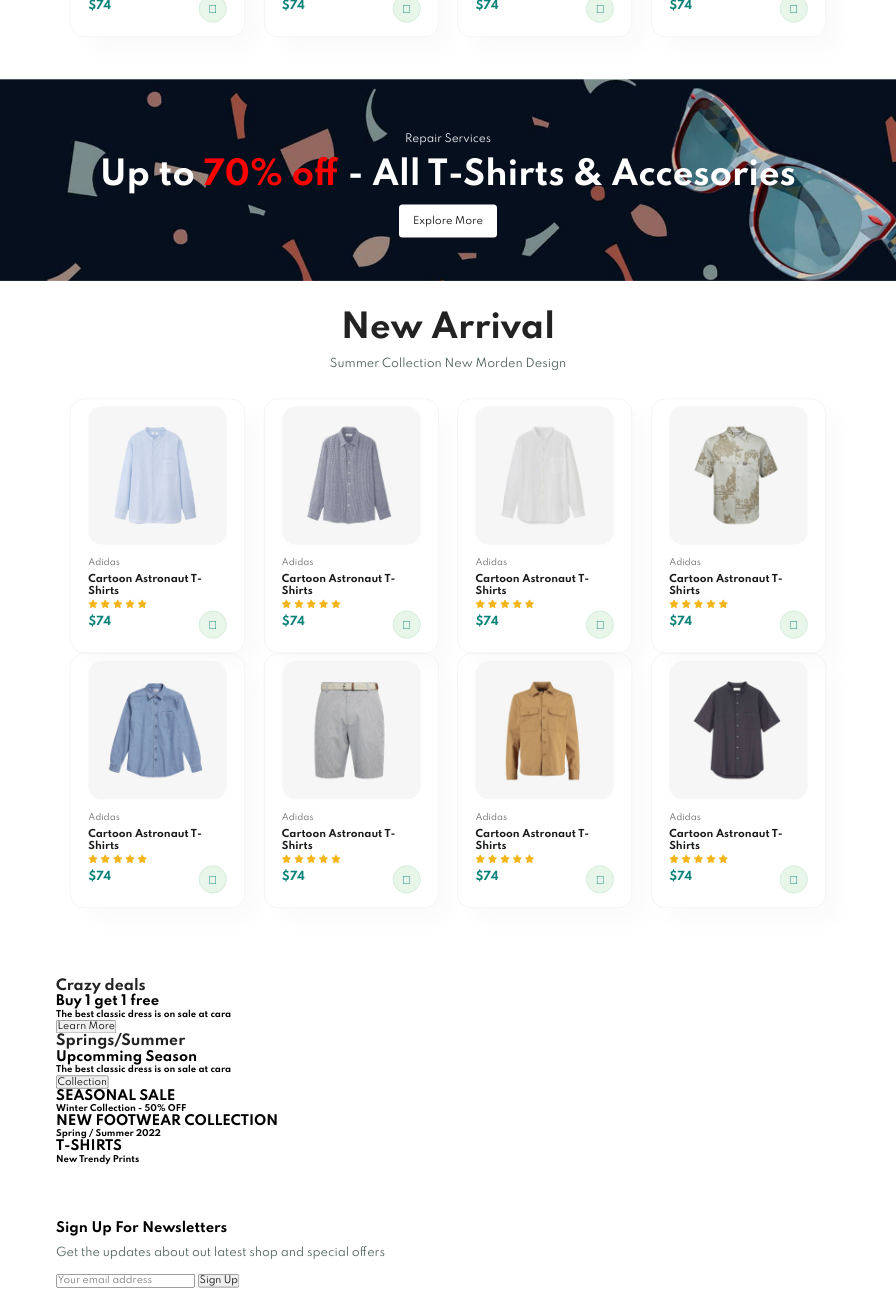
Repository: Daryllgio/E-Commerce-Website-UI
Page: index.html
An editor plug-in stored every save of this project. The page is shown before and after the next save, followed by the edit.
The browser window is 1280 px wide. The pictures show the part of the page from y = 1875 to 3795 px (the page is 3755 px tall before and 3795 px after), at 70% of full size.
Some web libraries are served in a nearby version.

Above is the page before, as saved 2024-12-31 22:58:45.

### index.html
<!DOCTYPE html>
<html lang="en">

<head>
    <meta charset="UTF-8">
    <meta http-equiv="X-UA-Compatible" content="IE=edge">
    <meta name="viewport" content="width=device-width, initial-scale=1.0">
    <title>Tech2etc Ecommerce Tutorial</title>
    <link rel="stylesheet" href="https://pro.fontawesome.com/releases/v5.10.0/css/all.css" />

    <link rel="stylesheet" href="style.css">
</head>

<body>
    <section id="header">
        <a href="#"><img src="img/logo.png" id="logo" class="logo" alt=""></a>

        <div>
            <ul id="navbar">
                <li>
                    <a class="active" href="index.html">Home</a>
                </li>
                <li>
                    <a href="shop.html">Shop</a>
                </li>
                <li>
                    <a href="about.html">About</a>
                </li>
                <li>
                    <a href="contact.html">Contact</a>
                </li>
                <li>
                    <a href="cart.html"><i class="fa fa-shopping-cart" aria-hidden="true"></i></a>
                </li>

            </ul>
        </div>
    </section>

    <section id="HomeHeaderContent">
        <h4>
            Trade-in-offer
        </h4>
        <h2>
            Super value deals
        </h2>
        <h1>
            On all products
        </h1>
        <p>
            Save more with Coupons & up to 70% off !
        </p>
        <button>
            Shop now
        </button>

    </section>

    <section id="Features" class="section-p1">
        <div class="fe-box">
            <img src="img/features/f1.png" alt="">
            <h6>Free Shipping</h6>
        </div>
        <div class="fe-box">
            <img src="img/features/f2.png" alt="">
            <h6>Online Offer</h6>
        </div>
        <div class="fe-box">
            <img src="img/features/f3.png" alt="">
            <h6>Save Money</h6>
        </div>
        <div class="fe-box">
            <img src="img/features/f4.png" alt="">
            <h6>Promotions</h6>
        </div>
        <div class="fe-box">
            <img src="img/features/f5.png" alt="">
            <h6>Happy Sell</h6>
        </div>
        <div class="fe-box">
            <img src="img/features/f6.png" alt="">
            <h6>F24/7 Support</h6>
        </div>
    </section>

    <section id="product1" class="section-p1">
        <h2>
            Feautured Products
        </h2>
        <p>
            Summer Collection New Morden Design
        </p>
        <div class="pro-container">
            <div class="pro">
                <img src="img/products/f1.jpg" alt="">
                <div class="des">
                    <span>Adidas</span>
                    <h5>Cartoon Astronaut T-Shirts</h5>
                    <div class="star">
                        <i class="fas fa-star"></i>
                        <i class="fas fa-star"></i>
                        <i class="fas fa-star"></i>
                        <i class="fas fa-star"></i>
                        <i class="fas fa-star"></i>
                    </div>
                    <div class="Shop">
                        <h4>$74</h4>
                        <a href="#"><i class="fal fa-shopping-cart "></i></a>
                    </div>

                </div>
            </div>

            <div class="pro">
                <img src="img/products/f2.jpg" alt="">
                <div class="des">
                    <span>Adidas</span>
                    <h5>Cartoon Astronaut T-Shirts</h5>
                    <div class="star">
                        <i class="fas fa-star"></i>
                        <i class="fas fa-star"></i>
                        <i class="fas fa-star"></i>
                        <i class="fas fa-star"></i>
                        <i class="fas fa-star"></i>
                    </div>
                    <div class="Shop">
                        <h4>$74</h4>
                        <a href="#"><i class="fal fa-shopping-cart "></i></a>
                    </div>

                </div>
            </div>

            <div class="pro">
                <img src="img/products/f3.jpg" alt="">
                <div class="des">
                    <span>Adidas</span>
                    <h5>Cartoon Astronaut T-Shirts</h5>
                    <div class="star">
                        <i class="fas fa-star"></i>
                        <i class="fas fa-star"></i>
                        <i class="fas fa-star"></i>
                        <i class="fas fa-star"></i>
                        <i class="fas fa-star"></i>
                    </div>
                    <div class="Shop">
                        <h4>$74</h4>
                        <a href="#"><i class="fal fa-shopping-cart "></i></a>
                    </div>

                </div>
            </div>

            <div class="pro">
                <img src="img/products/f4.jpg" alt="">
                <div class="des">
                    <span>Adidas</span>
                    <h5>Cartoon Astronaut T-Shirts</h5>
                    <div class="star">
                        <i class="fas fa-star"></i>
                        <i class="fas fa-star"></i>
                        <i class="fas fa-star"></i>
                        <i class="fas fa-star"></i>
                        <i class="fas fa-star"></i>
                    </div>
                    <div class="Shop">
                        <h4>$74</h4>
                        <a href="#"><i class="fal fa-shopping-cart "></i></a>
                    </div>

                </div>
            </div>

            <div class="pro">
                <img src="img/products/f5.jpg" alt="">
                <div class="des">
                    <span>Adidas</span>
                    <h5>Cartoon Astronaut T-Shirts</h5>
                    <div class="star">
                        <i class="fas fa-star"></i>
                        <i class="fas fa-star"></i>
                        <i class="fas fa-star"></i>
                        <i class="fas fa-star"></i>
                        <i class="fas fa-star"></i>
                    </div>
                    <div class="Shop">
                        <h4>$74</h4>
                        <a href="#"><i class="fal fa-shopping-cart "></i></a>
                    </div>

                </div>
            </div>

            <div class="pro">
                <img src="img/products/f6.jpg" alt="">
                <div class="des">
                    <span>Adidas</span>
                    <h5>Cartoon Astronaut T-Shirts</h5>
                    <div class="star">
                        <i class="fas fa-star"></i>
                        <i class="fas fa-star"></i>
                        <i class="fas fa-star"></i>
                        <i class="fas fa-star"></i>
                        <i class="fas fa-star"></i>
                    </div>
                    <div class="Shop">
                        <h4>$74</h4>
                        <a href="#"><i class="fal fa-shopping-cart "></i></a>
                    </div>

                </div>
            </div>

            <div class="pro">
                <img src="img/products/f7.jpg" alt="">
                <div class="des">
                    <span>Adidas</span>
                    <h5>Cartoon Astronaut T-Shirts</h5>
                    <div class="star">
                        <i class="fas fa-star"></i>
                        <i class="fas fa-star"></i>
                        <i class="fas fa-star"></i>
                        <i class="fas fa-star"></i>
                        <i class="fas fa-star"></i>
                    </div>
                    <div class="Shop">
                        <h4>$74</h4>
                        <a href="#"><i class="fal fa-shopping-cart "></i></a>
                    </div>

                </div>
            </div>

            <div class="pro">
                <img src="img/products/f8.jpg" alt="">
                <div class="des">
                    <span>Adidas</span>
                    <h5>Cartoon Astronaut T-Shirts</h5>
                    <div class="star">
                        <i class="fas fa-star"></i>
                        <i class="fas fa-star"></i>
                        <i class="fas fa-star"></i>
                        <i class="fas fa-star"></i>
                        <i class="fas fa-star"></i>
                    </div>
                    <div class="Shop">
                        <h4>$74</h4>
                        <a href="#"><i class="fal fa-shopping-cart "></i></a>
                    </div>

                </div>
            </div>


        </div>
    </section>

    <section id="banner" class="section-p1">
        <p>Repair Services</p>
        <h2>Up to <span>70% off</span> - All T-Shirts & Accesories</h2>
        <button class="normal">Explore More</button>
    </section>

    <section id="product1" class="section-p1">
        <h2>
            New Arrival
        </h2>
        <p>
            Summer Collection New Morden Design
        </p>
        <div class="pro-container">
            <div class="pro">
                <img src="img/products/n1.jpg" alt="">
                <div class="des">
                    <span>Adidas</span>
                    <h5>Cartoon Astronaut T-Shirts</h5>
                    <div class="star">
                        <i class="fas fa-star"></i>
                        <i class="fas fa-star"></i>
                        <i class="fas fa-star"></i>
                        <i class="fas fa-star"></i>
                        <i class="fas fa-star"></i>
                    </div>
                    <div class="Shop">
                        <h4>$74</h4>
                        <a href="#"><i class="fal fa-shopping-cart "></i></a>
                    </div>

                </div>
            </div>

            <div class="pro">
                <img src="img/products/n2.jpg" alt="">
                <div class="des">
                    <span>Adidas</span>
                    <h5>Cartoon Astronaut T-Shirts</h5>
                    <div class="star">
                        <i class="fas fa-star"></i>
                        <i class="fas fa-star"></i>
                        <i class="fas fa-star"></i>
                        <i class="fas fa-star"></i>
                        <i class="fas fa-star"></i>
                    </div>
                    <div class="Shop">
                        <h4>$74</h4>
                        <a href="#"><i class="fal fa-shopping-cart "></i></a>
                    </div>

                </div>
            </div>

            <div class="pro">
                <img src="img/products/n3.jpg" alt="">
                <div class="des">
                    <span>Adidas</span>
                    <h5>Cartoon Astronaut T-Shirts</h5>
                    <div class="star">
                        <i class="fas fa-star"></i>
                        <i class="fas fa-star"></i>
                        <i class="fas fa-star"></i>
                        <i class="fas fa-star"></i>
                        <i class="fas fa-star"></i>
                    </div>
                    <div class="Shop">
                        <h4>$74</h4>
                        <a href="#"><i class="fal fa-shopping-cart "></i></a>
                    </div>

                </div>
            </div>

            <div class="pro">
                <img src="img/products/n4.jpg" alt="">
                <div class="des">
                    <span>Adidas</span>
                    <h5>Cartoon Astronaut T-Shirts</h5>
                    <div class="star">
                        <i class="fas fa-star"></i>
                        <i class="fas fa-star"></i>
                        <i class="fas fa-star"></i>
                        <i class="fas fa-star"></i>
                        <i class="fas fa-star"></i>
                    </div>
                    <div class="Shop">
                        <h4>$74</h4>
                        <a href="#"><i class="fal fa-shopping-cart "></i></a>
                    </div>

                </div>
            </div>

            <div class="pro">
                <img src="img/products/n5.jpg" alt="">
                <div class="des">
                    <span>Adidas</span>
                    <h5>Cartoon Astronaut T-Shirts</h5>
                    <div class="star">
                        <i class="fas fa-star"></i>
                        <i class="fas fa-star"></i>
                        <i class="fas fa-star"></i>
                        <i class="fas fa-star"></i>
                        <i class="fas fa-star"></i>
                    </div>
                    <div class="Shop">
                        <h4>$74</h4>
                        <a href="#"><i class="fal fa-shopping-cart "></i></a>
                    </div>

                </div>
            </div>

            <div class="pro">
                <img src="img/products/n6.jpg" alt="">
                <div class="des">
                    <span>Adidas</span>
                    <h5>Cartoon Astronaut T-Shirts</h5>
                    <div class="star">
                        <i class="fas fa-star"></i>
                        <i class="fas fa-star"></i>
                        <i class="fas fa-star"></i>
                        <i class="fas fa-star"></i>
                        <i class="fas fa-star"></i>
                    </div>
                    <div class="Shop">
                        <h4>$74</h4>
                        <a href="#"><i class="fal fa-shopping-cart "></i></a>
                    </div>

                </div>
            </div>

            <div class="pro">
                <img src="img/products/n7.jpg" alt="">
                <div class="des">
                    <span>Adidas</span>
                    <h5>Cartoon Astronaut T-Shirts</h5>
                    <div class="star">
                        <i class="fas fa-star"></i>
                        <i class="fas fa-star"></i>
                        <i class="fas fa-star"></i>
                        <i class="fas fa-star"></i>
                        <i class="fas fa-star"></i>
                    </div>
                    <div class="Shop">
                        <h4>$74</h4>
                        <a href="#"><i class="fal fa-shopping-cart "></i></a>
                    </div>

                </div>
            </div>

            <div class="pro">
                <img src="img/products/n8.jpg" alt="">
                <div class="des">
                    <span>Adidas</span>
                    <h5>Cartoon Astronaut T-Shirts</h5>
                    <div class="star">
                        <i class="fas fa-star"></i>
                        <i class="fas fa-star"></i>
                        <i class="fas fa-star"></i>
                        <i class="fas fa-star"></i>
                        <i class="fas fa-star"></i>
                    </div>
                    <div class="Shop">
                        <h4>$74</h4>
                        <a href="#"><i class="fal fa-shopping-cart "></i></a>
                    </div>

                </div>
            </div>


        </div>
    </section>

    <section id="sm-banner" class="section-p1">
        <div class="banner-Container2">
            <div class="banner-box">
                <h4>
                    Crazy deals
                </h4>
                <h3>
                    Buy 1 get 1 free
                </h3>
                <h6>
                    The best classic dress is on sale at cara
                </h6>
                <button>
                    Learn More
                </button>
            </div>
            <div class="banner-box">
                <h4>
                    Springs/Summer
                </h4>
                <h3>
                    Upcomming Season
                </h3>
                <h6>
                    The best classic dress is on sale at cara
                </h6>
                <button>
                    Collection
                </button>
            </div>
        </div>

        <div class="banner-Container2">
            <div class="banner-box">
                <h3>
                    SEASONAL SALE
                </h3>
                <h6>
                    Winter Collection - 50% OFF
                </h6>
            </div>
            <div class="banner-box">
                <h3>
                    NEW FOOTWEAR COLLECTION
                </h3>
                <h6>
                    Spring / Summer 2022
                </h6>
            </div>
            <div class="banner-box">
                <h3>
                    T-SHIRTS
                </h3>
                <h6>
                    New Trendy Prints
                </h6>
            </div>
        </div>
    </section>

    <section id="sm-NewsLetter" class="section-p1">
        <div class="Newsletters-Container">
            <div class="Newsletters-Text">
                <h3>Sign Up For Newsletters</h3>
                <p> Get the updates about out latest shop and <span>special offers</span></p>
            </div>
            <div class="Newsletters-Input">
                <input placeholder="Your email address" />
                <button>
                    Sign Up
                </button>
            </div>
        </div>
    </section>


    <script src="script.js"></script>
</body>

</html>

### style.css
@import url("https://fonts.googleapis.com/css2?family=Spartan:wght@100;200;300;400;500;600;700;800;900&display=swap");

* {
  margin: 0;
  padding: 0;
  box-sizing: border-box;
  font-family: "Spartan", sans-serif;
}

html {
  scroll-behavior: smooth;
}

/* Global Styles */

h1 {
  font-size: 50px;
  line-height: 64px;
  color: #222;
}

h2 {
  font-size: 46px;
  line-height: 54px;
  color: #222;
}

h4 {
  font-size: 20px;
  color: #222;
}

h6 {
  font-weight: 700;
  font-size: 12px;
}

p {
  font-size: 16px;
  color: #465b52;
  margin: 15px 0 20px 0;
}

.section-p1 {
  padding: 40px 80px;
}

.section-m1 {
  margin: 40px 0;
}

button.normal {
  color: #000;
  background-color: #fff;
  font-size: 14px;
  font-weight: 400;
  padding: 15px 20px;
  border-radius: 5px;
  cursor: pointer;
  border: none;
  outline: none;
  transition: 0.3s;
}

body {
  width: 100%;
}

#header {
  display: flex;
  align-items: center;
  justify-content: space-between;
  padding: 20px 80px;
  background: #E3E6F3;
  box-shadow: 0 5px 15px rgba(0, 0, 0, 0.06);
  position: sticky;
  top: 0;
  left: 0;

}



#navbar {
  display: flex;
  align-items: center;
  justify-content: center;
}

#navbar li {
  list-style: none;
  padding: 0px 20px;
}

#navbar li a {
  text-decoration: none;
  font-size: 15px;
  font-weight: 600;
  color: #000;
  transition: 0.3s ease;
}

#navbar li a:hover,
#navbar li a.active {
  color: #088178;
}

#HomeHeaderContent {
  background-image: url("img/hero4.png");
  height: 90vh;
  width: 100%;
  background-size: cover;
  background-position: top 25% right 0;
  padding: 0 80px;
  align-items: flex-start;
  display: flex;
  flex-direction: column;
  justify-content: center;
}

#HomeHeaderContent h4 {
  margin-bottom: 10px;
}

#HomeHeaderContent h1 {
  color: #088178;
}

#HomeHeaderContent button {
  color: #088178;
  background-image: url("img/button.png");
  font-size: 15px;
  font-weight: 600;
  background-color: transparent;
  border: 0;
  padding: 14px 80px 14px 65px;
  background-repeat: no-repeat;
  cursor: pointer;
}

#Features {
  display: flex;
  justify-content: space-between;
}

#Features .fe-box {
  width: 200px;
  text-align: center;
  padding: 35px 25px;
  border: 1px solid #cce7d0;
  box-shadow: 20px 20px 34px rgba(0, 0, 0, 0.03);
  border-radius: 10px;
}

#Features .fe-box:hover {
  box-shadow: 10px 10px 54px rgba(0, 0, 0, 0.1);
}

#Features .fe-box img {
  margin-bottom: 10px;
}

#Features .fe-box h6 {
  font-size: 13px;
  display: inline-block;
  line-height: 1;
  border-radius: 4px;
  color: #088178;
  background-color: #fddde4;
  padding: 9px 8px 6px 8px;
}

#Features .fe-box:nth-child(2) h6 {
  background-color: #cdebbc;
}

#Features .fe-box:nth-child(3) h6 {
  background-color: #d1e8f2;
}

#Features .fe-box:nth-child(4) h6 {
  background-color: #cdd4f8;
}

#Features .fe-box:nth-child(5) h6 {
  background-color: #f6dbf6;
}

#Features .fe-box:nth-child(6) h6 {
  background-color: #fff2e5;
}

#product1 {
  text-align: center;
}

#product1 .pro {
  width: 23%;
  min-width: 250px;
  padding: 10px 25px;
  border: 1px solid #f0f0f0;
  border-radius: 20px;
  cursor: pointer;
  box-shadow: 20px 20px 30px rgba(0, 0, 0, 0.02);
  transition: 0.3s ease;
}

#product1 .pro:hover {
  box-shadow: 20px 20px 30px rgba(0, 0, 0, 0.06);

}

#product1 .pro img {
  width: 100%;
  border-radius: 20px;
}

#product1 .pro .des {
  text-align: start;
  padding: 10px 0;
}

#product1 .pro .des span {
  color: #606063;
  font-size: 12px;
}

#product1 .pro .des h5 {
  color: #1a1a1a;
  font-size: 14px;
  padding-top: 7px;
}

#product1 .pro .des .fa-star {
  color: rgb(243, 181, 25);
  font-size: 12px;
}

#product1 .pro .des h4 {
  font-size: 16px;
  padding-top: 7px;
  font-weight: 700;
  color: #088178;

}

#product1 .pro .Shop {
  display: flex;
  justify-content: space-between;
}

#product1 .pro .des .fa-shopping-cart {
  width: 40px;
  height: 40px;
  line-height: 40px;
  border-radius: 50px;
  font-size: 17px;
  background-color: #e8f6ea;
  font-weight: 500;
  color: #088178;
  border: 1px solid #cce7d0;
  text-align: center;
}

#product1 .pro-container {
  display: flex;
  justify-content: space-between;
  padding: 20px;
  flex-wrap: wrap;
}


#banner {
  background-image: url("img/banner/b2.jpg");
  height: 40vh;
  width: 100%;
  background-size: cover;
  background-position: top 25% right 0;
  padding: 0 80px;
  text-align: center;
  display: flex;
  flex-direction: column;
  align-items: center;
  justify-content: center;
}

#banner p {
  font-size: 15px;
  margin-bottom: 15px;
  font-weight: 400;
  color: #ffffff;
}

#banner h2 {
  color: #fff;
  margin-bottom: 15px;
}

#banner span {
  color: red;
}

#banner button:hover {
  color: #fff;
  background-color: #088178;
}

#sm-banner .banner-MainContainer {
  display: flex;
  justify-content: space-between;
  padding: 20px 20px;
  flex-direction: column;
}

Loaded but not shown: script.js (common file)

After the next save:
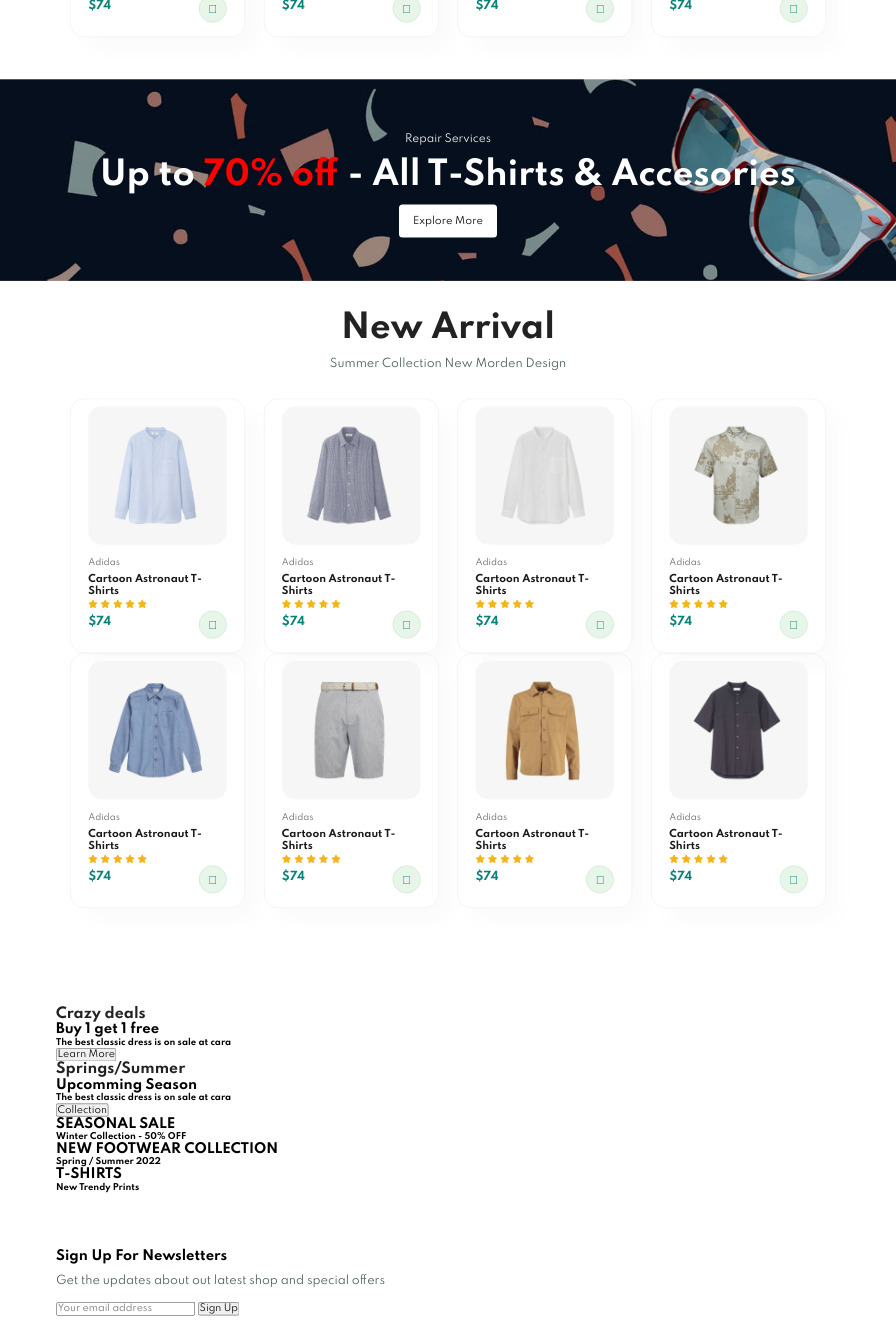
Saved 2 s later.
--- a/index.html
+++ b/index.html
@@ -434,7 +434,10 @@
     </section>
 
     <section id="sm-banner" class="section-p1">
-        <div class="banner-Container2">
+        <div class="banner-MainContainer">
+
+        </div>
+        <div class="banner-Container1">
             <div class="banner-box">
                 <h4>
                     Crazy deals
@@ -491,6 +494,8 @@
                 </h6>
             </div>
         </div>
+
+
     </section>
 
     <section id="sm-NewsLetter" class="section-p1">
